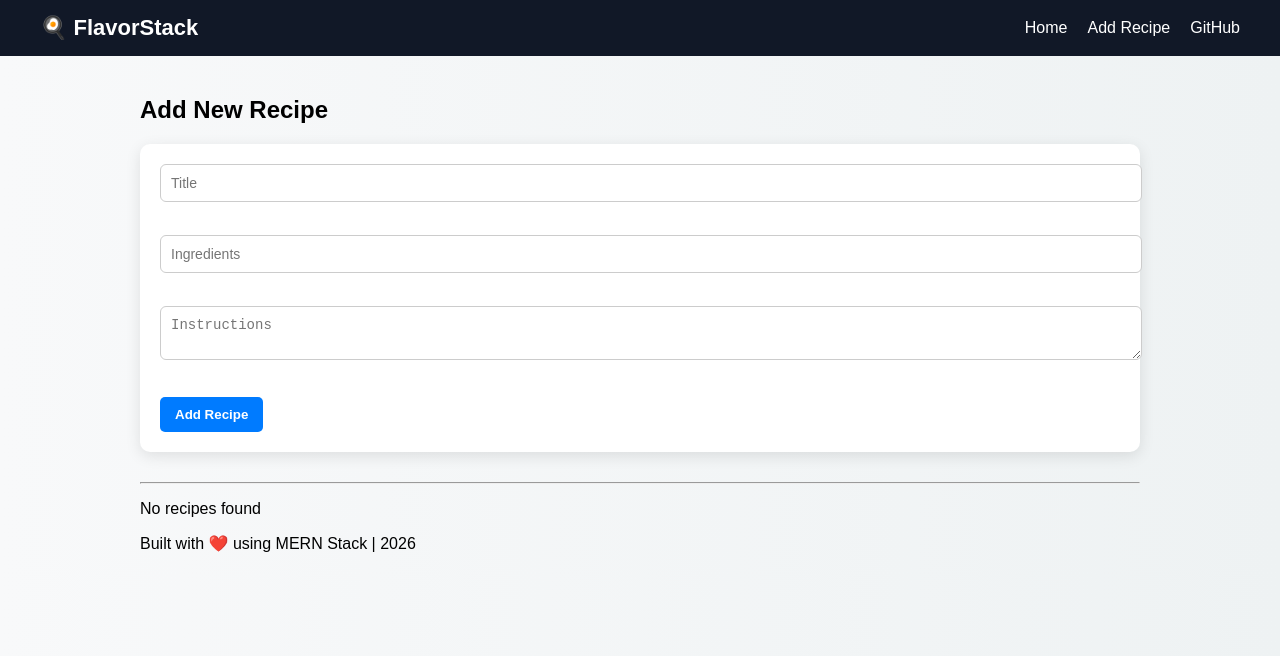
Repository: arshathdevo/recipeblogfrontend
Page: /
An editor plug-in stored every save of this project. The page is shown before and after the next save, followed by the edit.
The browser window is 1280 px wide. The pictures show the whole page.
The page's requests for data from a server got no answer. The project was rebuilt for these pictures with package versions that can differ from the ones it lists, and the page was loaded fresh each time. No one was signed in, and anything a server would have sent is missing.

Above is the page before, as saved 2026-02-14 12:14:57.

After the next save:
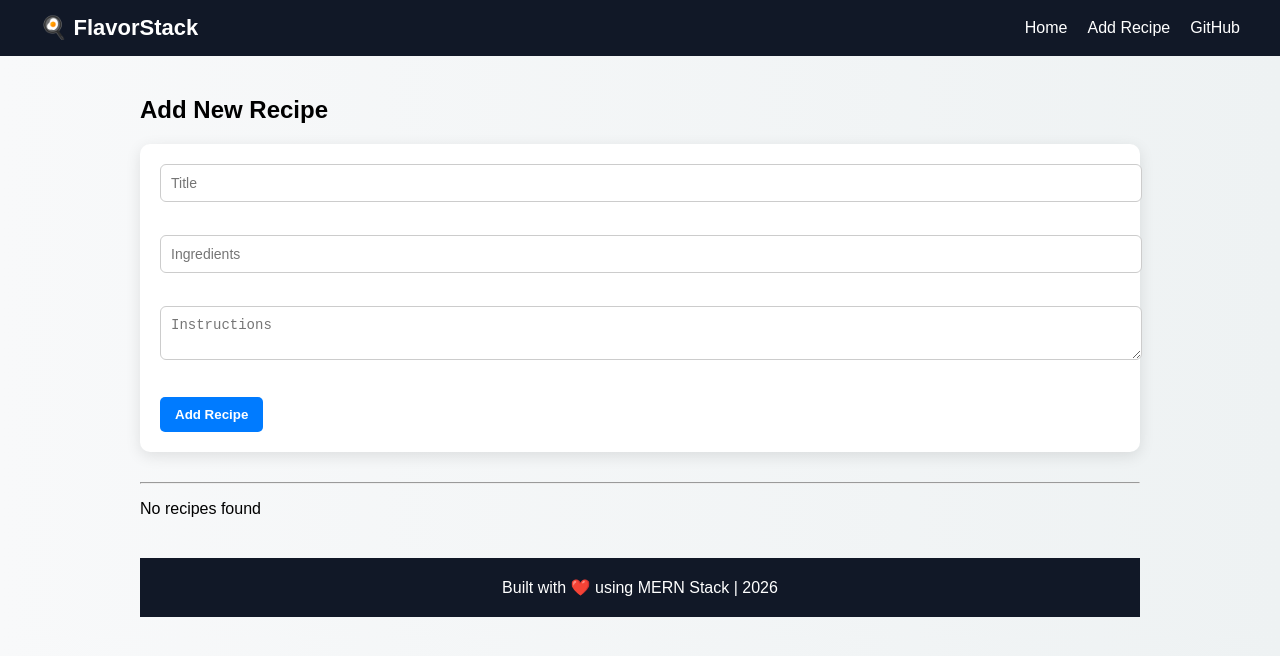
Saved 30 s later.
--- a/src/App.css
+++ b/src/App.css
@@ -139,3 +139,10 @@ button {
   transform: translateY(-8px);
   box-shadow: 0 15px 30px rgba(0,0,0,0.2);
 }
+.footer {
+  text-align: center;
+  padding: 20px;
+  background: #111827;
+  color: white;
+  margin-top: 40px;
+}
